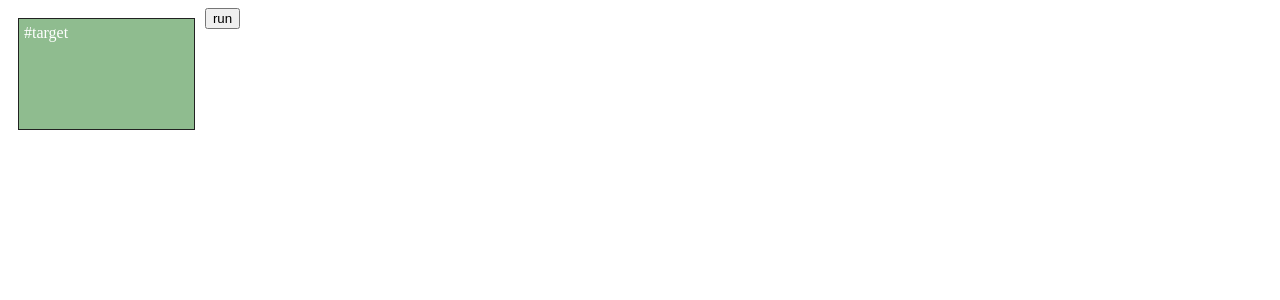
Repository: silenttemplar/java_start_project
Page: hansung_ee_2014/hansung_jquery_exercise/WebContent/14. Animate.html
The author's editor kept a copy of each file at every save. The page is drawn from the files as they stood at one save, then again after a run of saves.
The browser window is 1280 px wide. The pictures show the whole page.
After loading, the first visible `input` was clicked once.

Above is the page before, as saved 2014-08-27 08:33:56.

### hansung_ee_2014/hansung_jquery_exercise/WebContent/14. Animate.html
<html>
<head>
<title>Animate</title>
<script src="./jquery-2.1.0.min.js"></script>
<script type="text/javascript">
	/**
	 * 대상 : div
	 * 기능 : div 크기 변경 (애니메이션 효과)
	 * 함수 : animate(), width(), height()
	 */
	function run() {
		 $("#target").animate({
									 "width":$("#target").width()*1.2
		 											},3000)
		 						.animate({
		 							"height":$("#target").height()*1.2
									},3000);

	}
</script>

</head>

<body>
	<div id="target"
		style="color: rgb(255, 255, 255); width: 150px; height: 100px; float: left; border: 1px solid rgb(34, 34, 34); background-color: rgb(143, 188, 143); margin: 10px; padding: 5px; background-position: initial initial; background-repeat: initial initial;">
		#target<br>
	</div>
	<input type="button" value="run" onclick="run()" />
</body>
</html>

Loaded but not shown: hansung_ee_2014/hansung_jquery_exercise/WebContent/jquery-2.1.0.min.js (library)

After the next 2 saves:
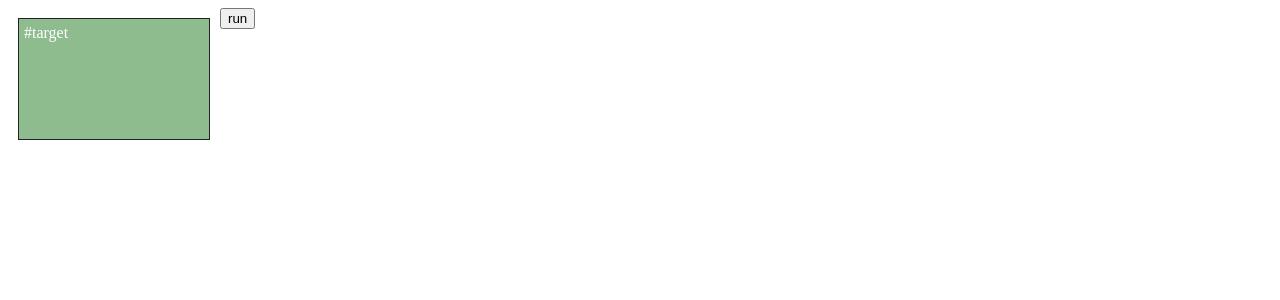
The 2 saves are shown as one change because they came seconds apart.
The last was saved 14 s later.
--- a/hansung_ee_2014/hansung_jquery_exercise/WebContent/14. Animate.html
+++ b/hansung_ee_2014/hansung_jquery_exercise/WebContent/14. Animate.html
@@ -11,10 +11,10 @@
 	function run() {
 		 $("#target").animate({
 									 "width":$("#target").width()*1.2
-		 											},3000)
+		 											},1000)
 		 						.animate({
 		 							"height":$("#target").height()*1.2
-									},3000);
+									},1000);
 
 	}
 </script>
